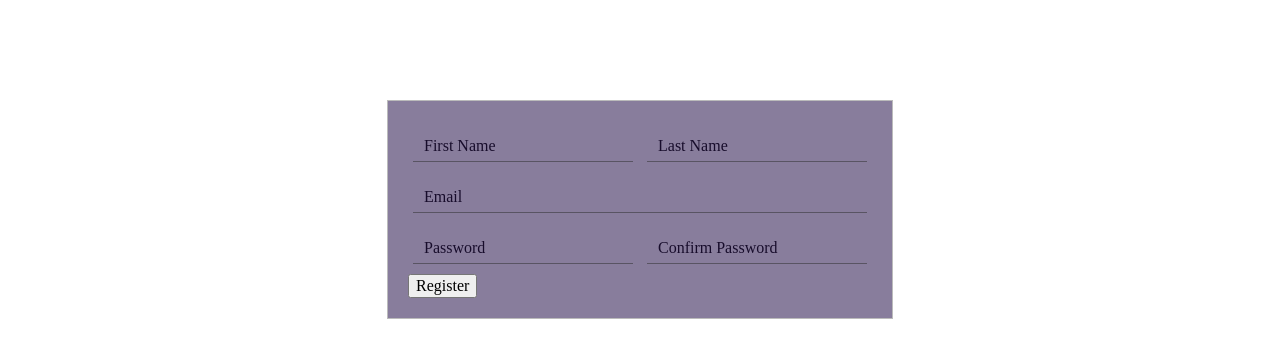
Repository: AMAmine89/vanilla-projects
Page: formo/index.html
These files come from the project's save history. The page is drawn as it stood at one moment and after the next save; the edit follows.
The browser window is 1280 px wide. The pictures show the whole page.

Above is the page before, as saved 2021-05-05 07:09:16.

### formo/index.html
<!DOCTYPE html>
<html lang="en">
<head>
    <meta charset="UTF-8">
    <meta http-equiv="X-UA-Compatible" content="IE=edge">
    <meta name="viewport" content="width=device-width, initial-scale=1.0">
    <link rel="stylesheet" href="css/normalize.css">
    <link rel="stylesheet" href="style.css">
    <title>Formo</title>
</head>
<body>
    <section>
        <form>
            <div class="double-block">
                <div>
                    <span class="first-name">
                        <input type="text" name="first-name" id="first-name">
                    </span>
                </div>
                <div>
                    <span class="last-name">
                        <input type="text" name="last-name">
                    </span>
                </div>
            </div>
            <div>
                <span class="email"><input type="email" name="email"></span>
            </div>
            <div class="double-block">
                <div>
                    <span class="password">
                        <input type="password" name="password">
                    </span>
                </div>
                <div>
                    <span class="confirm-password">
                        <input type="password" name="confirm-password">
                    </span>
                </div>
            </div>
            <div>
                <input type="submit" value="Register">
            </div>
        </form>
    </section>
</body>
</html>

### formo/style.css
section {
    display: flex;
    justify-content: center;
    margin-top: 100px;
}

form {
    background: rgba(42, 22, 78, 0.555);
    padding: 20px;
    border: 1px solid rgb(187, 187, 187);
    border-radius: 0%;
    -webkit-border-radius: 0%;
    -moz-border-radius: 0%;
    -ms-border-radius: 0%;
    -o-border-radius: 0%;
}

div {
    position: relative;
}

.double-block div {
    display: inline-block;
}

input:not(input[type="submit"]) {
    padding: 5px 10px;
    height: 20px;
    background: transparent;
    border-top: none;
    border-right: none;
    border-left: none;
    border-bottom: solid 1px rgba(49, 49, 49, 0.527);
    margin: 10px 5px;
    outline: none;
}

input[type="email"] {
    width: -webkit-fill-available;
}

input:not(input[type="submit"])::after {
    content: '';
    width: 0;
    display: block;
    height: 1px;
    color: rgb(49, 49, 49);
    border-bottom: solid 1px;
    transition: width .3s ease-in-out;
    -webkit-transition: width .3s ease-in-out;
    -moz-transition: width .3s ease-in-out;
    -ms-transition: width .3s ease-in-out;
    -o-transition: width .3s ease-in-out;
}

input:not(input[type="submit"]):focus::after {
    width: 100%;
}

.first-name::before {
    content: 'First Name';
}

.last-name::before {
    content: 'Last Name';
}

.email::before {
    content: 'Email';
}
.password::before {
    content: 'Password';
}
.confirm-password::before {
    content: 'Confirm Password';
}



span::before {
    cursor: text;
    display: inline-block;
    position: absolute;
    top: 16px;
    left: 16px;
    bottom: 0;
    z-index: -1;
    font-size: initial;
    transition: all .3s ease-in-out;
    -webkit-transition: all .3s ease-in-out;
    -moz-transition: all .3s ease-in-out;
    -ms-transition: all .3s ease-in-out;
    -o-transition: all .3s ease-in-out;
}

span:focus-within::before  {
    top: 0;
    left: 10px;
    bottom: 30px;
    font-size: .85em;
}

label {
    cursor: text;
    display: inline-block;
    position: relative;
    bottom: auto;
    left: -180px;
    transition: bottom .7s ease-in-out;
    -webkit-transition: bottom .7s ease-in-out;
    -moz-transition: bottom .7s ease-in-out;
    -ms-transition: bottom .7s ease-in-out;
    -o-transition: bottom .7s ease-in-out;
}

Loaded but not shown: formo/normalize.css (library)

After the next save:
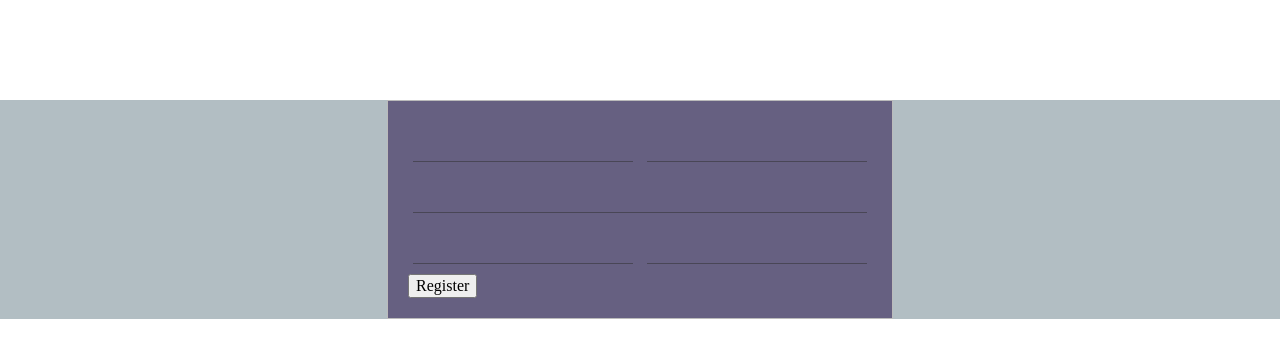
Saved 48 s later.
--- a/formo/style.css
+++ b/formo/style.css
@@ -2,6 +2,7 @@ section {
     display: flex;
     justify-content: center;
     margin-top: 100px;
+    background-color: #b2bec3;
 }
 
 form {
